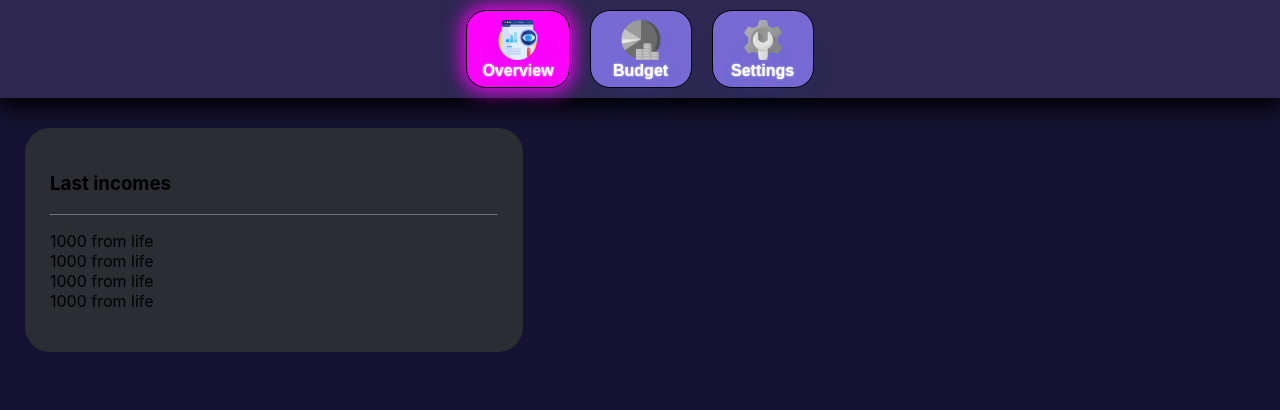
Repository: Minkeani/Money-Manager
Page: /Overview
These files come from the project's save history. The page is drawn as it stood at one moment and after the next save; the edit follows.
The browser window is 1280 px wide. The pictures show the whole page.
The project was rebuilt for these pictures with package versions that can differ from the ones it lists, and the page was loaded fresh each time. Also part of the build but not shown: src/components/Budget/Budget.jsx, src/components/Settings/Settings.jsx, src/components/NotFound/NotFound.module.css, src/components/NotFound/NotFound.jsx.

Above is the page before, as saved 2022-07-13 22:19:46.

After the next save:
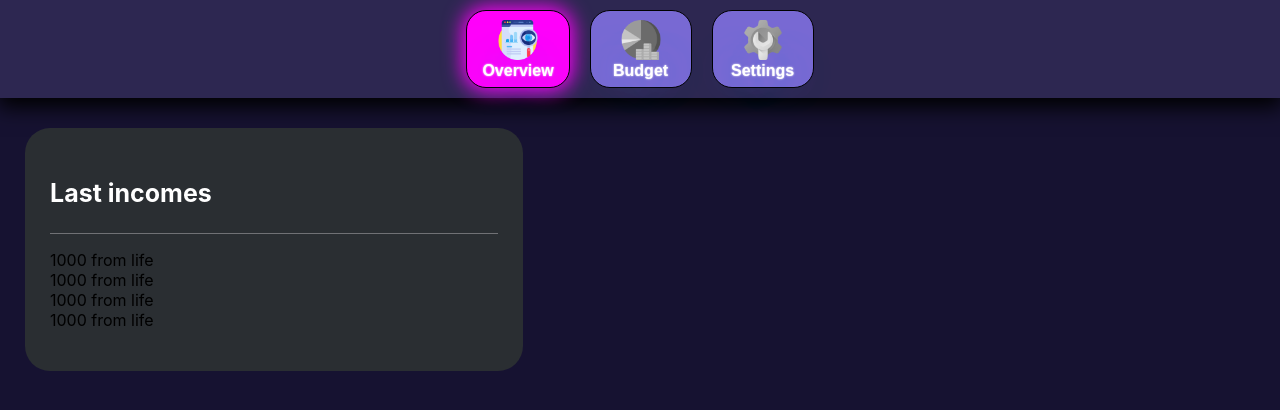
Saved 10 s later.
--- a/src/components/OverviewBlocks/Overview.module.css
+++ b/src/components/OverviewBlocks/Overview.module.css
@@ -11,6 +11,11 @@
 
 }
 
+.title {
+    color: #fff;
+    font-size: 1.5625rem;
+}
+
 .dilivar {
     background-color: #707175;
     height: 1px;
